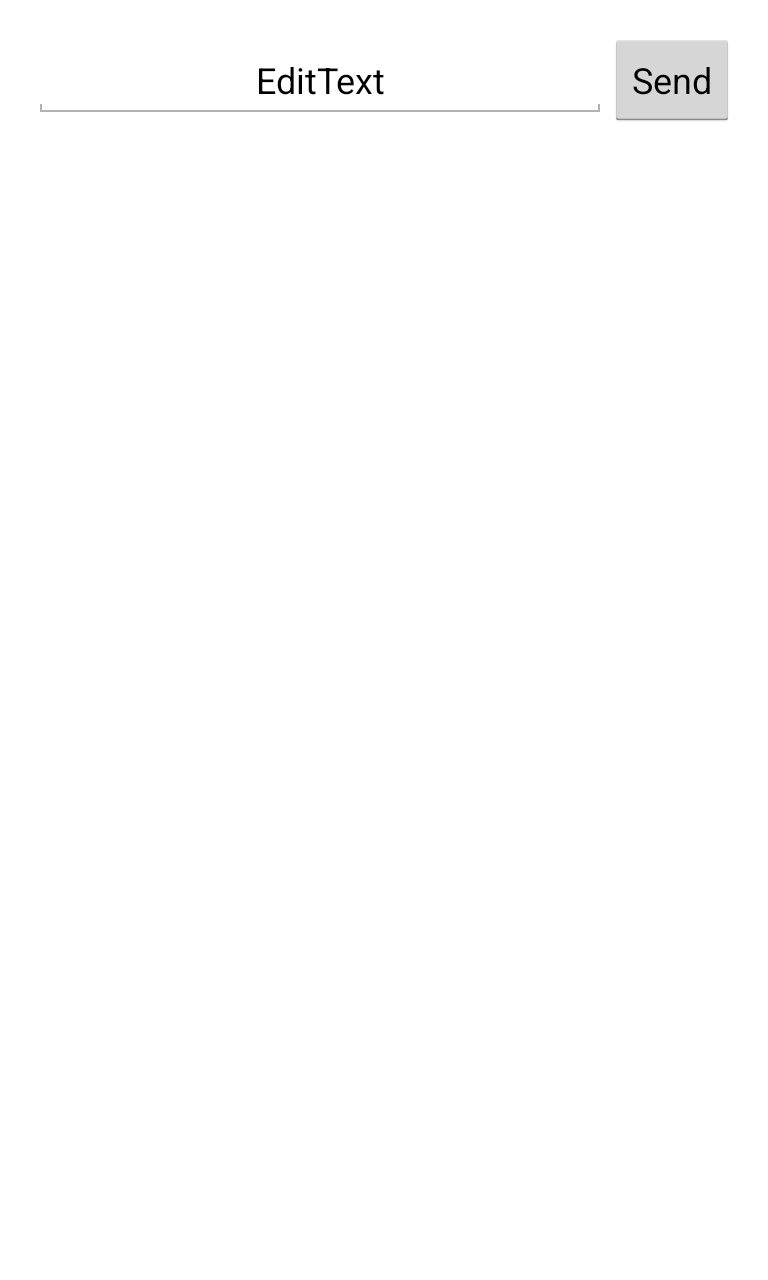
Repository: jinpp/Android
Layout: UILayoutTest/res/layout/activity_main.xml
An editor plug-in stored every save of this project. The layout is shown before and after the next save, followed by the edit.
It is drawn on a 768 x 1280 px phone screen (xhdpi) without system bars, with theme AppTheme; the app's code is not run.

Above is the layout before, as saved 2016-11-16 06:48:46.

### UILayoutTest/res/layout/activity_main.xml
<LinearLayout xmlns:android="http://schemas.android.com/apk/res/android"
    xmlns:tools="http://schemas.android.com/tools"
    android:layout_width="match_parent"
    android:layout_height="match_parent"
    android:orientation="horizontal"
    android:paddingBottom="@dimen/activity_vertical_margin"
    android:paddingLeft="@dimen/activity_horizontal_margin"
    android:paddingRight="@dimen/activity_horizontal_margin"
    android:paddingTop="@dimen/activity_vertical_margin"
    tools:context=".MainActivity" >

    <EditText
        android:id="@+id/inputmess"
        android:layout_width="0dp"
        android:layout_height="wrap_content"
        android:layout_weight="1"
        android:gravity="center"
        android:hint="Type something"
        android:text="EditText"
        />

    <Button
        android:id="@+id/button1"
        android:layout_width="wrap_content"
        android:layout_height="wrap_content"
        android:text="Send"
         />







</LinearLayout>

Loaded but not shown: UILayoutTest/res/values/styles.xml (common file); UILayoutTest/res/values-v11/styles.xml (common file); UILayoutTest/res/values-v14/styles.xml (common file); UILayoutTest/res/values/dimens.xml (common file)

After the next save:
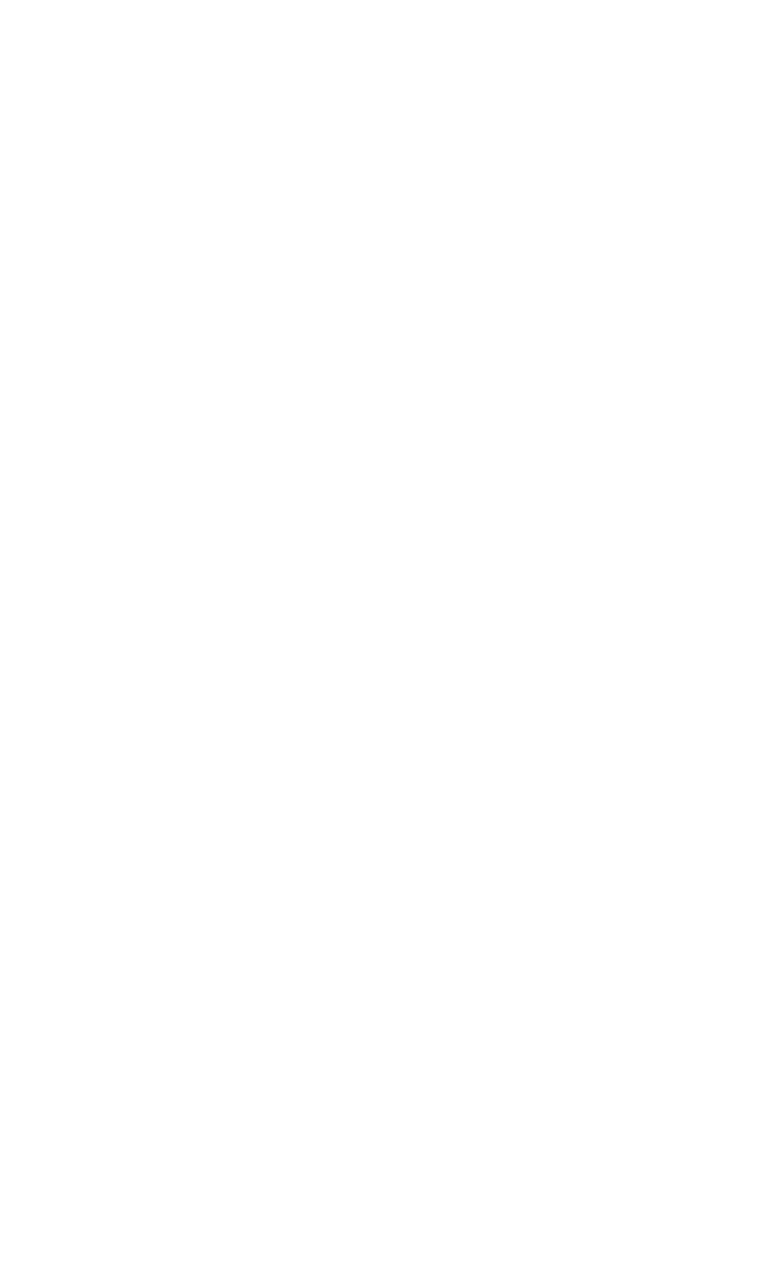
Saved 29 s later.
--- a/UILayoutTest/res/layout/activity_main.xml
+++ b/UILayoutTest/res/layout/activity_main.xml
@@ -9,22 +9,7 @@
     android:paddingTop="@dimen/activity_vertical_margin"
     tools:context=".MainActivity" >
 
-    <EditText
-        android:id="@+id/inputmess"
-        android:layout_width="0dp"
-        android:layout_height="wrap_content"
-        android:layout_weight="1"
-        android:gravity="center"
-        android:hint="Type something"
-        android:text="EditText"
-        />
 
-    <Button
-        android:id="@+id/button1"
-        android:layout_width="wrap_content"
-        android:layout_height="wrap_content"
-        android:text="Send"
-         />
 
 
 

After the save that followed:
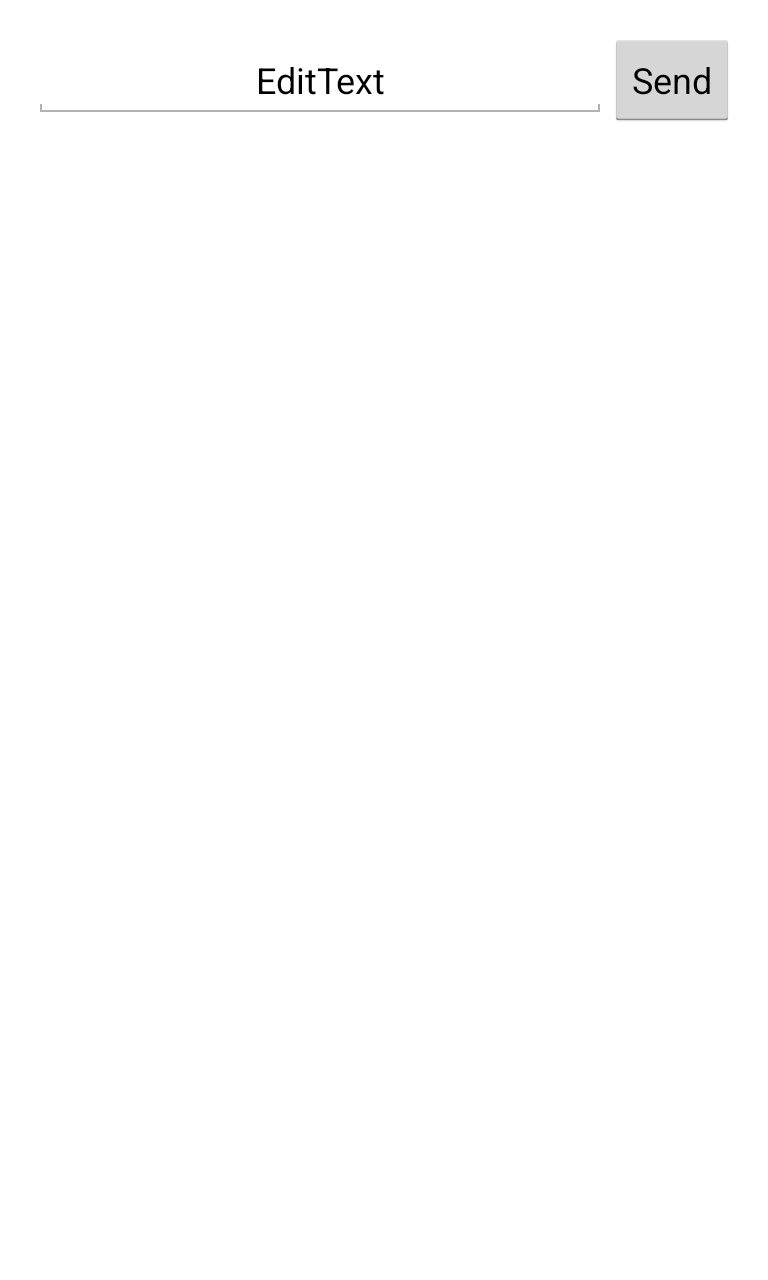
Saved 16 s later.
--- a/UILayoutTest/res/layout/activity_main.xml
+++ b/UILayoutTest/res/layout/activity_main.xml
@@ -9,7 +9,22 @@
     android:paddingTop="@dimen/activity_vertical_margin"
     tools:context=".MainActivity" >
 
+    <EditText
+        android:id="@+id/inputmess"
+        android:layout_width="0dp"
+        android:layout_height="wrap_content"
+        android:layout_weight="1"
+        android:gravity="center"
+        android:hint="Type something"
+        android:text="EditText"
+        />
 
+    <Button
+        android:id="@+id/button1"
+        android:layout_width="wrap_content"
+        android:layout_height="wrap_content"
+        android:text="Send"
+         />
 
 
 
